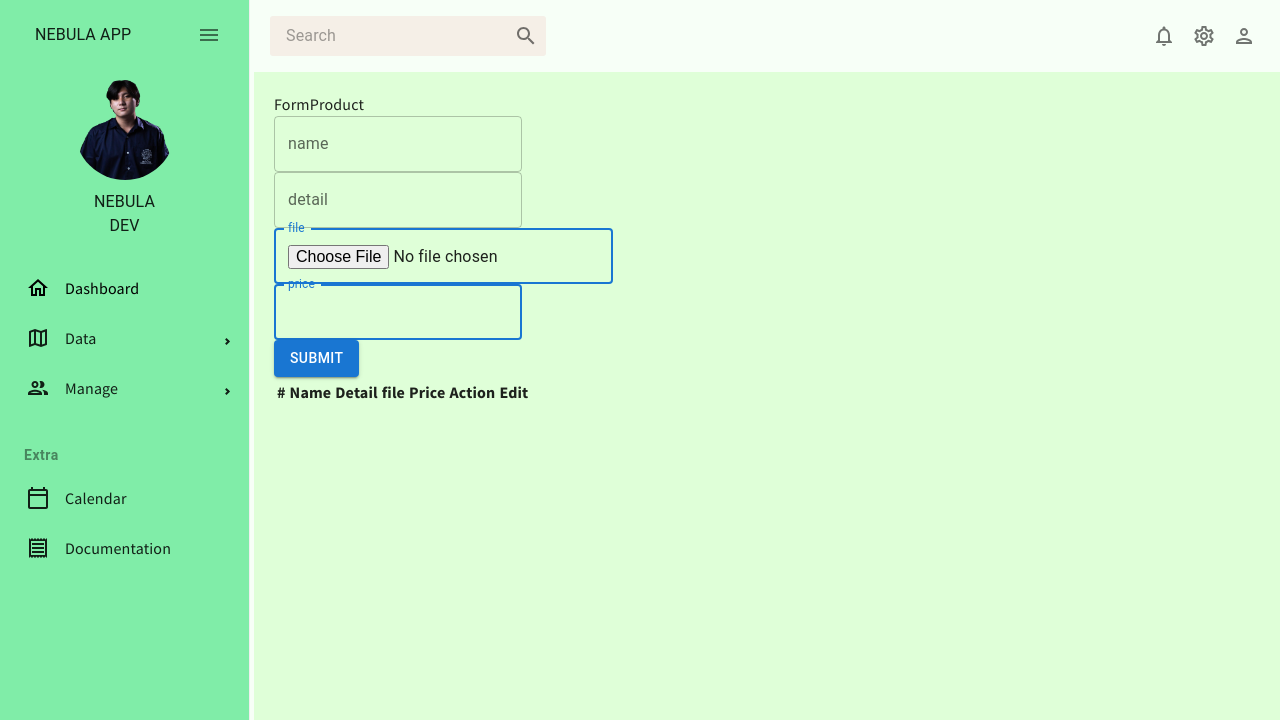
Repository: supakorn5039-boon/MERN
Page: /admin/viewtable (app in client/)
The author's editor kept a copy of each file at every save. The page is drawn from the files as they stood at one save, then again after the next save.
The browser window is 1280 px wide. The pictures show the whole page.
The page's requests for data from a server got no answer. The project was rebuilt for these pictures with package versions that can differ from the ones it lists, and the page was loaded fresh each time. No one was signed in, and anything a server would have sent is missing. Also part of the build but not shown: client/src/App.css, client/src/components/FormEditProducts.jsx.

Above is the page before, as saved 2023-11-01 14:14:26.

After the next save:
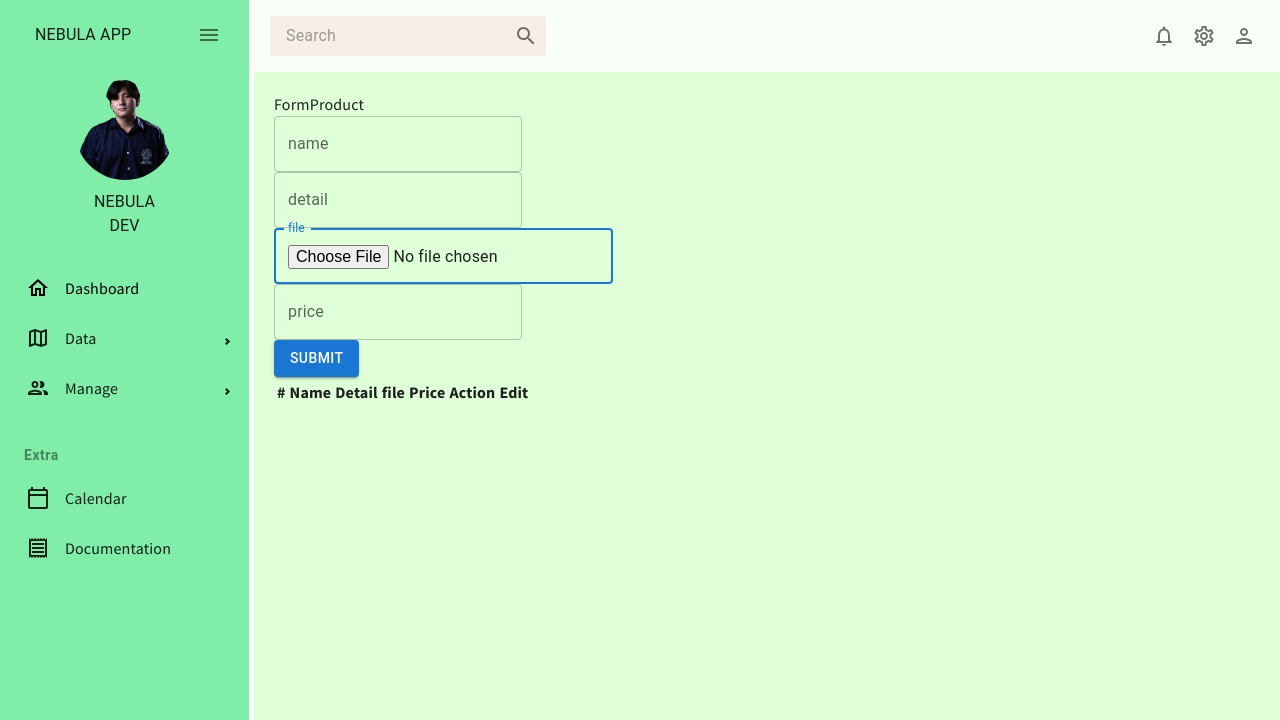
Saved 17 s later.
--- a/client/src/components/FormProduct.js
+++ b/client/src/components/FormProduct.js
@@ -105,7 +105,6 @@ const FormProduct = () => {
             name="price"
             onChange={(e) => handleChange(e)}
             variant="outlined"
-            focused
           />
         </div>
         <Button variant="contained">Submit</Button>
